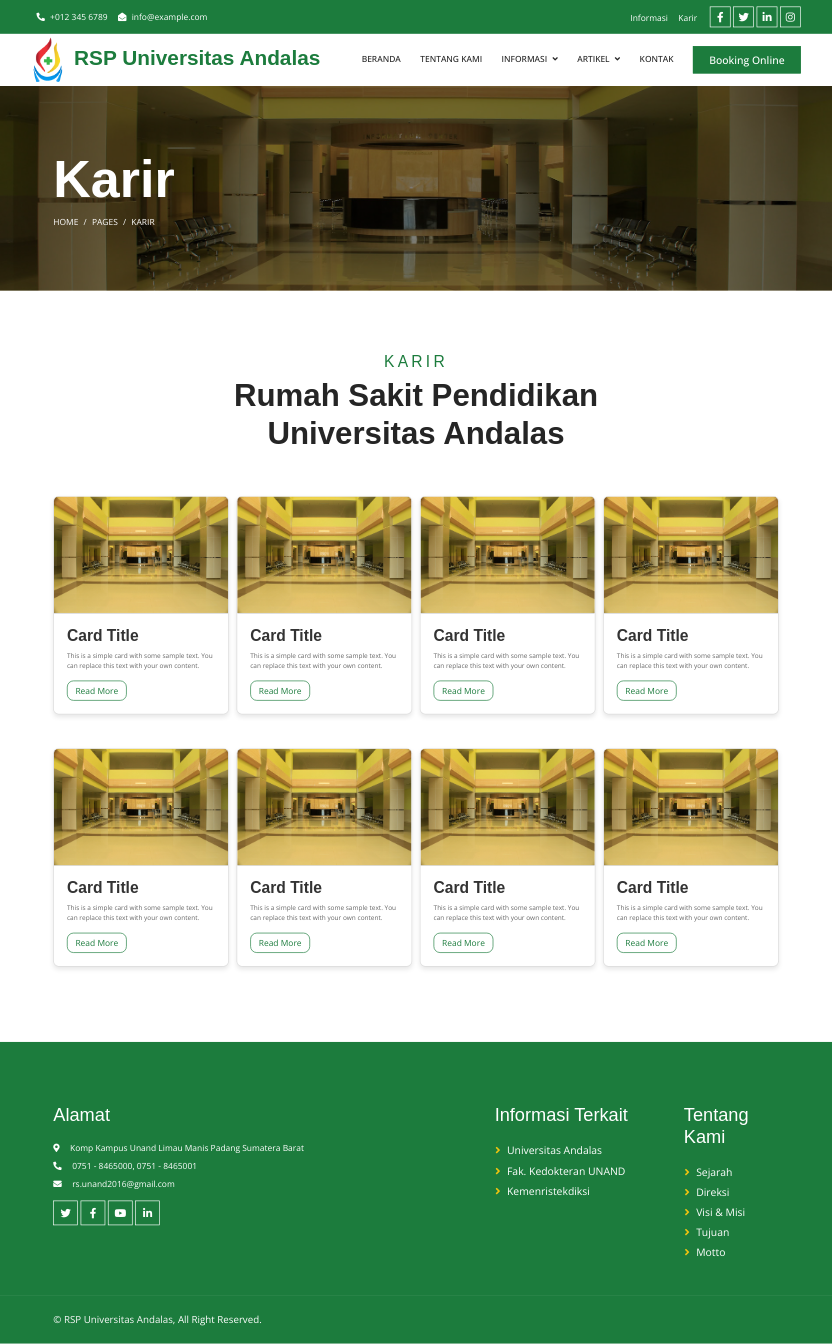
Repository: vivin-erialis/rsunand-site
Page: http://localhost/karir
An editor plug-in stored every save of this project. The page is shown before and after the next save, followed by the edit.
The browser window is 1280 px wide. The pictures show the whole page, at 65% of full size.
Some web fonts or font styles are not loaded; a fallback is used. Some web libraries are served in a nearby version. The page is served by the project's Laravel application, run on PHP 8.4 with Laravel 12.

Above is the page before, as saved 2024-04-29 09:53:07.
Console error: TypeError: Cannot read properties of undefined (reading 'version')

After the next save:
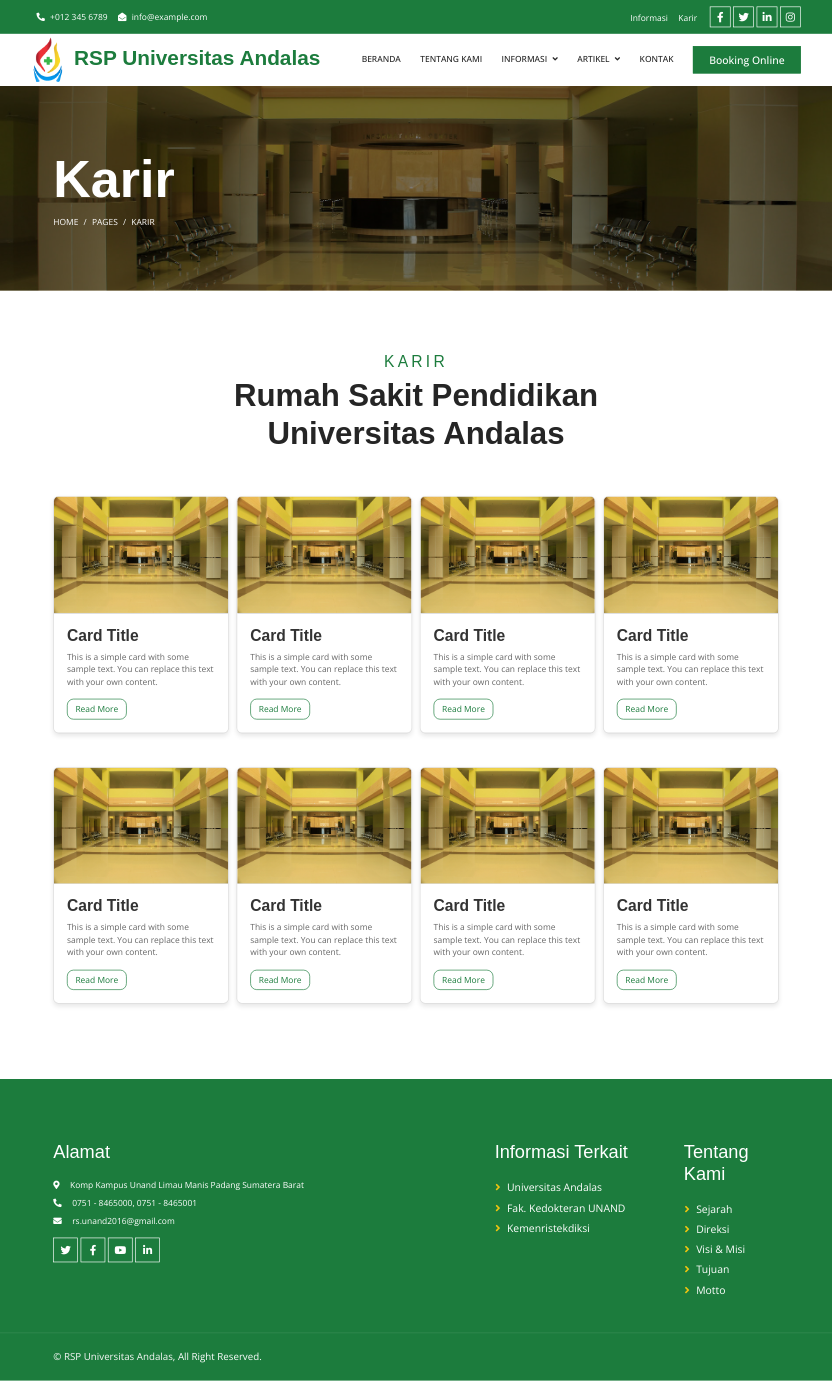
Saved 95 s later.
--- a/public/assets/css/style.css
+++ b/public/assets/css/style.css
@@ -603,7 +603,6 @@
 
   .card-text {
     color: #666;
-    font-size: 10px !important;
   }
 
   .card-button {
